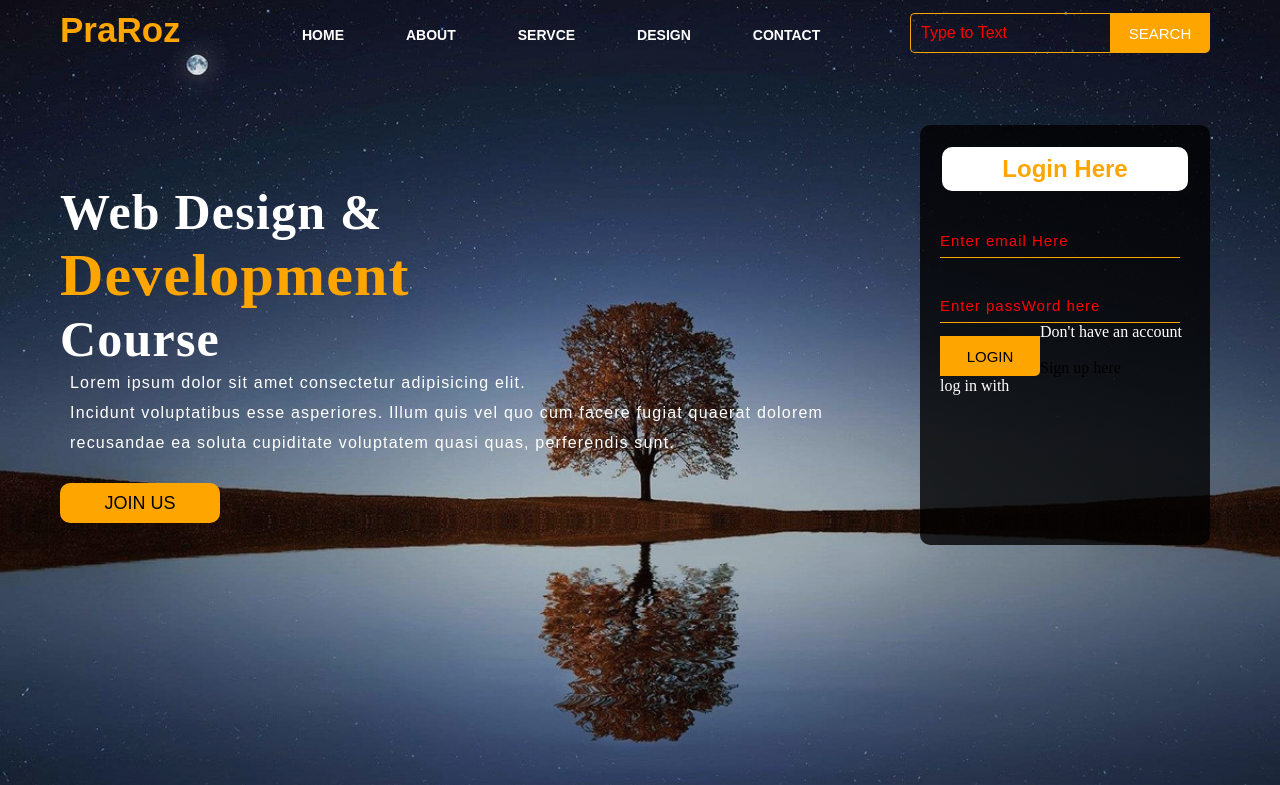
Repository: HuynhDuc23/project3
Page: index.html
An editor plug-in stored every save of this project. The page is shown before and after the next save, followed by the edit.
The browser window is 1280 px wide. The pictures show the whole page.

Above is the page before, as saved 2023-05-04 15:53:27.

After the next save:
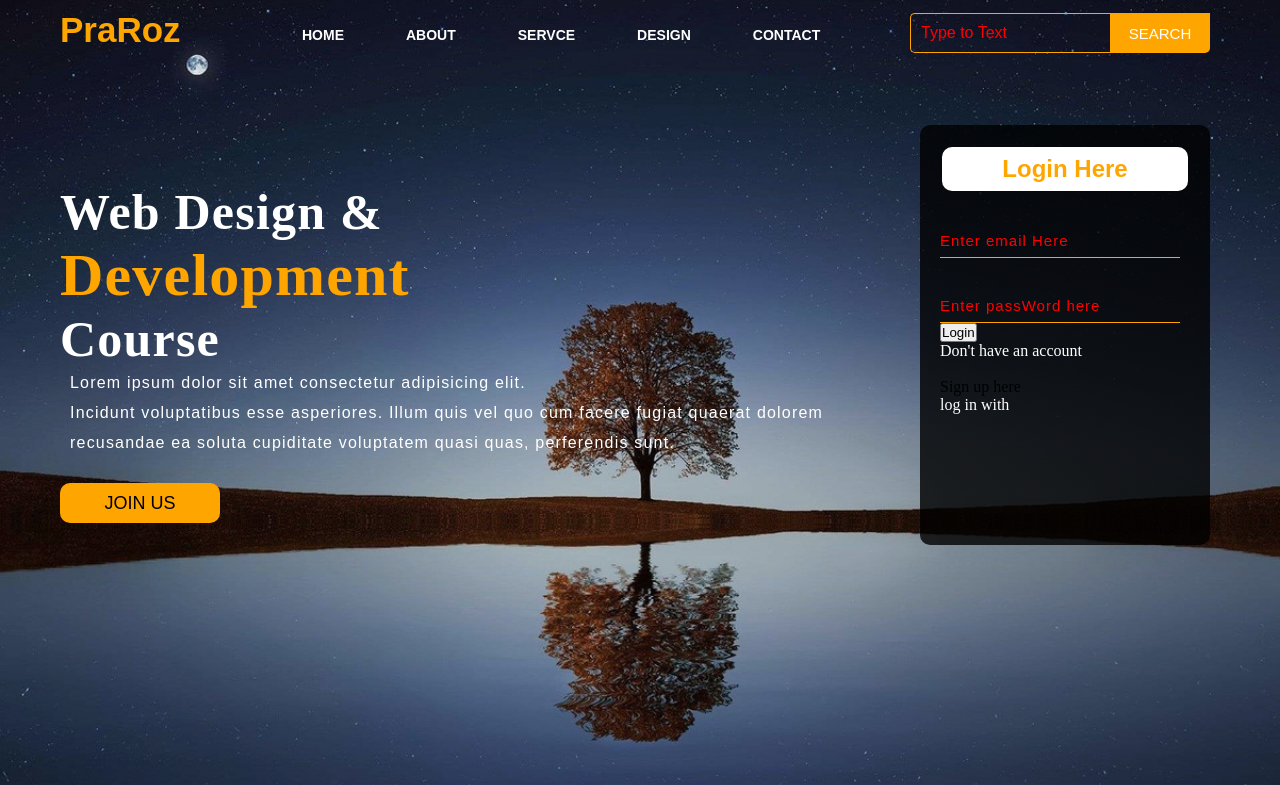
Saved 24 s later.
--- a/index.html
+++ b/index.html
@@ -37,7 +37,7 @@
                 <h2>Login Here</h2>
                 <input type="email" name="email" placeholder="Enter email Here">
                 <input type="password" name="password" placeholder="Enter passWord here">
-                <button class="btn"><a href="#">Login</a></button>
+                <button class="btnn"><a href="#">Login</a></button>
 
                 <p class="link">Don't have an account </p> <br>
                 <a href="#">Sign up here</a>
